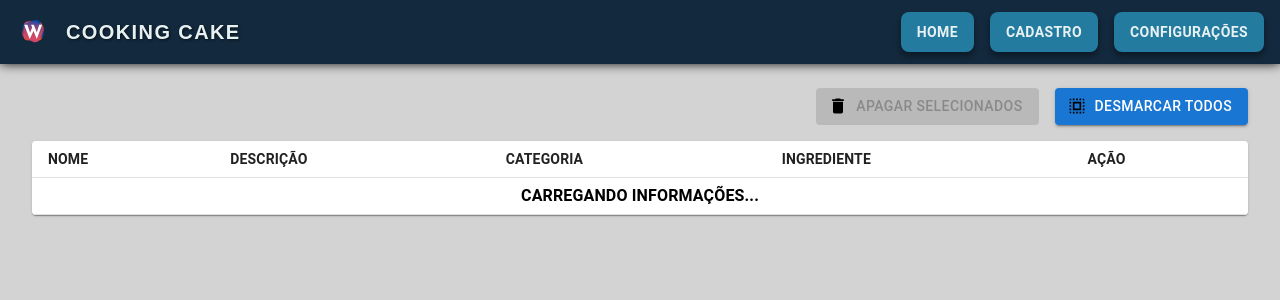
Repository: oZanella/projeto_windel_web_CRM
Page: /
An editor plug-in stored every save of this project. The page is shown before and after the next save, followed by the edit.
The browser window is 1280 px wide. The pictures show the whole page.
The page's requests for data from a server got no answer. The project was rebuilt for these pictures with package versions that can differ from the ones it lists, and the page was loaded fresh each time. No one was signed in, and anything a server would have sent is missing. Also part of the build but not shown: vite.config.js, src/routes/Configuracoes.jsx. Imported but missing from the stored project, and not drawn on this page: src/routes/Cadastro.jsx.

Above is the page before, as saved 2024-08-19 10:37:12.

### index.html
<!doctype html>
<html lang="en">

<head>
  <meta charset="UTF-8" />
  <link rel="icon" type="image/svg+xml" href="./src/image/LogoWindel.svg" />
  <link rel="stylesheet" href="src/style/GlobalStyles.css" />
  <link href="https://fonts.googleapis.com/css2?family=Playfair+Display&display=swap" rel="stylesheet">

  <meta name="viewport" content="width=device-width, initial-scale=1.0" />
  <title>Projeto Teste - CRM </title>
</head>

<body>
  <div id="root"></div>
  <script type="module" src="/src/main.jsx"></script>
</body>

</html>

### src/style/GlobalStyles.css
:root {
  --click: #7fa8c4;
  --primary: #E8F1F2;
  --darkblue: #13293D;
  --secondary: #000000;
  --ligthblue: #1b98e0;
  --animation: #006494;
  --ligthkgrey: #D3D3D3;
  --blueceledron: #247ba0;
  --delete: #FF0000;
}

* {
    color: var(--secondary);
}

body {
  background-color: var(--ligthkgrey);
}

### src/main.jsx
import { createBrowserRouter, RouterProvider, Navigate } from "react-router-dom"
import { createRoot } from 'react-dom/client'
import { StrictMode } from 'react'
import { App } from './App.jsx'

import './style/GlobalStyles.css'

//páginas do projeto
import { Cadastro } from './routes/Cadastro.jsx'
import { Home } from './routes/Home.jsx'
import { Configuracoes } from './routes/configuracoes.jsx'

const router = createBrowserRouter([
  {
    element: <App />,
    children: [
      {
        path: '/',
        element: <Navigate to="/home" replace />,
      },
      {
        path: '/home',
        element: <Home />,
      },
      {
        path: '/cadastro',
        element: <Cadastro />,
      },
      {
        path: '/configuracoes',
        element: <Configuracoes />,
      },
    ],
  },
])

createRoot(document.getElementById('root')).render(
  <StrictMode>
    <RouterProvider router={router} />
  </StrictMode>,
)

### src/App.jsx
import { Header } from './components/Header'
import { Outlet } from 'react-router-dom'
import { Box } from '@mui/material'
import './style/GlobalStyles.css'

export function App() {
  return (
    <Box sx={{ p: { xs: 2, sm: 3 }, marginTop: { xs: 8, sm: 8 } }}>
      <Header />
      <Box>
        <Outlet />
      </Box>
    </Box>
  );
}

### src/routes/Home.jsx
import React, { useEffect, useState } from 'react';
import { Box, TextField, Button, Dialog, DialogActions, DialogContent, DialogTitle, Select, MenuItem, FormControl, InputLabel } from '@mui/material';

import { handleShowDetails, handleEdit, handleSave, handleInputChange } from '../components/Handle';
import { CardDados } from '../components/TableHome';

import { blogFetch } from '../axios/config';


export const Home = () => {
  const [posts, setPosts] = useState([]);
  const [selectInfo, setSelectInfo] = useState(null);
  const [modeEdit, setModeEdit] = useState(null);
  const [dataEdit, setDataEdit] = useState({});
  const [openAddDialog, setOpenAddDialog] = useState(false);
  const [newPost, setNewPost] = useState({ name: '', description: '', category: '' });

  const getPosts = async () => {
    try {
      const response = await blogFetch.get("/recipe");
      const uniqueData = response.data.filter((value, index, self) =>
        index === self.findIndex((t) => t.id === value.id)
      );
      setPosts(uniqueData); // Garante que não tenha dados duplicados
    } catch (error) {
      console.log(error);
    }
  };

  useEffect(() => {
    getPosts();
  }, []);

  const handleDelete = async (postId) => {
    try {
      await blogFetch.delete(`/recipe/${postId}`);
      setPosts(posts.filter(post => post.id !== postId));
      console.log('Post deletado com sucesso');
    } catch (error) {
      console.error('Erro ao deletar o post', error);
    }
  };

  const handleAddOpen = () => setOpenAddDialog(true);
  const handleAddClose = () => setOpenAddDialog(false);

  {/* API para envio do novo registro*/ }
  const handleAdd = async () => {
    try {
      const newPostFormatted = {
        name: newPost.name,
        description: newPost.description,
        ingredients: [],
        category: newPost.category,
        isFavorite: newPost.isFavorite
      };

      const response = await blogFetch.post("/recipe", newPostFormatted);
      setPosts([...posts, response.data]);
      setNewPost({ name: '', description: '', category: '', isFavorite: false });
      handleAddClose();
      console.log('Post adicionado com sucesso');
    } catch (error) {
      console.error('Erro ao adicionar o post', error);
    }
  };

  return (
    <Box>
      {/* Dados para Adicionar Novo Registro */}
      <Dialog open={openAddDialog} onClose={handleAddClose}>
        <DialogTitle>Adicionar Novo Registro</DialogTitle>
        <DialogContent>
          <TextField
            name="name"
            label="Nome"
            value={newPost.name}
            onChange={(e) => setNewPost({ ...newPost, name: e.target.value })}
            fullWidth
            sx={{ marginBottom: 2 }}
          />
          <TextField
            name="description"
            label="Descrição"
            value={newPost.description}
            onChange={(e) => setNewPost({ ...newPost, description: e.target.value })}
            fullWidth
            sx={{ marginBottom: 2 }}
          />
          <TextField
            name="category"
            label="Categoria"
            value={newPost.category}
            onChange={(e) => setNewPost({ ...newPost, category: e.target.value })}
            fullWidth
            sx={{ marginBottom: 2 }}
          />
          <FormControl fullWidth sx={{ marginBottom: 2 }}>
            <InputLabel>Favorito</InputLabel>
            <Select
              name="isFavorite"
              value={newPost.isFavorite}
              onChange={(e) => setNewPost({ ...newPost, isFavorite: e.target.value })}
              label="Favorito"
            >
              <MenuItem value={true}>Sim</MenuItem>
              <MenuItem value={false}>Não</MenuItem>

            </Select>
          </FormControl>
        </DialogContent>
        <DialogActions>
          <Button onClick={handleAddClose}>Cancelar</Button>
          <Button onClick={handleAdd}>Adicionar</Button>
        </DialogActions>
      </Dialog>

      <CardDados
        posts={posts}
        handleDelete={handleDelete}
        handleEdit={handleEdit}
        handleSave={handleSave}
        modeEdit={modeEdit}
        setModeEdit={setModeEdit}
        dataEdit={dataEdit}
        setDataEdit={setDataEdit}
        handleInputChange={handleInputChange}
        selectInfo={selectInfo}
        setSelectInfo={setSelectInfo}
        handleShowDetails={handleShowDetails}
      />
    </Box>
  );
};

### src/components/Header.jsx
import { AppBar, Toolbar, Typography, Box, Button, IconButton } from '@mui/material';
import Logo from '../image/LogoWindel.svg';
import { Link } from 'react-router-dom';
import React from 'react';

export const Header = () => {
  return (

    // Header fundo 1 //
    <AppBar
      position="fixed"
      sx={{
        width: '100%',
        boxShadow: '0px 0.01px 11px var(--secondary)',
        top: 0,
        left: 0,
      }}
    >

      {/* Header fundo 2 */}
      <Toolbar
        sx={{
          display: 'flex',
          alignItems: 'center',
          padding: { xs: '0px', sm: '0px' },
          justifyContent: 'space-between',
          height: '64px',
          minHeight: '64px',
          backgroundColor: 'var(--darkblue)',
          boxSizing: 'border-box',
        }}
      >
        {/* Logo da principal */}
        <IconButton
          to={`/home`}
          edge="start"
          sx={{
            ml: { xs: 0 },
            cursor: 'default',
          }}
          component={Link}
          aria-label="logo"
        >
          <img src={Logo} alt="Logo" style={{ width: '50px', height: '40px' }} />
        </IconButton>

        {/* Titulo da pagina */}
        <Typography
          variant="h6"
          sx={{
            display: { xs: 'none', sm: 'block' },
            color: 'var(--primary)',
            fontWeight: 'bold',
            letterSpacing: '0.07em',
            textTransform: 'uppercase',                 //text em maiusculo
            textShadow: '1px 1px 3px rgba(0,0,0,0.6)',
            fontFamily: 'Arial, serif',
            flexGrow: 1,
          }}
        >
          Cooking Cake
        </Typography>

        {/* Botões */}
        <Box
          sx={{
            mr: { xs: 0, sm: 2 },
            gap: 2,
            display: 'flex',
            alignItems: 'center',
            flexGrow: { xs: 1, sm: 0 },
            justifyContent: { xs: 'center' },
            '& .MuiButton-root': {
              backgroundColor: 'var(--blueceledron)',
              color: 'var(--primary)',
              borderRadius: '8px',
              boxShadow: '0 4px 6px rgba(0, 0, 0, 0.4)',
              padding: '8px 16px',
              fontWeight: 'bold',
              textTransform: 'uppercase',
              transition: 'background-color 0.3s, transform 0.3s',

              // Animação
              '&:hover': {
                backgroundColor: 'var(--animation)',
                transform: 'scale(1.07)',
              },
              '&:active': {
                backgroundColor: 'var(--click)',
              },
            },
          }}
        >
          <Button variant="contained" component={Link} to={`/home`}>Home</Button>
          <Button variant="contained" component={Link} to={`/cadastro`}>Cadastro</Button>
          <Button variant="contained" component={Link} to={`/configuracoes`}>Configurações</Button>
        </Box>
      </Toolbar>
    </AppBar>
  );
};

### src/components/Handle.jsx

import { blogFetch } from '../axios/config';


export const handleShowDetails = (post, setSelectInfo, selectInfo) => {
  if (selectInfo?.id === post.id) {
    setSelectInfo(null); // Fecha se já estiver aberto
  } else {
    setSelectInfo(post); // Abre o post atual
  }
};

export const handleEdit = (post, setModeEdit, setDataEdit) => {
  setModeEdit(post.id);
  setDataEdit(post);
};

//continua com erro, verificar!!
export const handleSave = async (postId, updateData) => {
  try {
    // Envie uma requisição PUT ou POST para salvar os dados atualizados
    const response = await blogFetch.put(`/blogFetch/posts/${postId}`, updateData);
    console.log('Dados salvos com sucesso', response.data);

  } catch (error) {
    console.error('Erro de API', error);
  }
};

export const handleInputChange = (e, setDataEdit) => {
  setDataEdit(prevDataEdit => ({ ...prevDataEdit, [e.target.name]: e.target.value }));
};

### src/components/TableHome.jsx
import React, { useState, useEffect } from 'react';
import {
  Table, TableBody, TableCell, TableContainer, TableHead, TableRow, Typography, Box, Button, IconButton, TextField, Dialog, DialogContent, DialogActions, FormControlLabel, Switch, Chip, Paper, Checkbox
} from '@mui/material';
import EditIcon from '@mui/icons-material/Edit';
import SaveIcon from '@mui/icons-material/Save';
import AddIcon from '@mui/icons-material/Add';
import CloseIcon from '@mui/icons-material/Close';
import DeleteIcon from '@mui/icons-material/Delete';
import SelectAllIcon from '@mui/icons-material/SelectAll';
import axios from 'axios';

const API_BASE_URL = 'https://teste-tecnico-front-api.up.railway.app';

export const CardDados = ({
  posts, setPosts, handleDelete
}) => {
  const [openModal, setOpenModal] = useState(false);
  const [currentPost, setCurrentPost] = useState(null);
  const [dataEdit, setDataEdit] = useState({});
  const [newIngredient, setNewIngredient] = useState('');
  const [selectedPosts, setSelectedPosts] = useState([]);

  useEffect(() => {
    if (currentPost) {
      setDataEdit({ ...currentPost });
    }
  }, [currentPost]);

  const handleEditOpen = (post) => {
    setCurrentPost(post);
    setOpenModal(true);
  };

  const handleEditClose = () => {
    setOpenModal(false);
    setCurrentPost(null);
    setNewIngredient('');
  };

  const handleSaveModal = async () => {
    if (currentPost) {
      try {
        await axios.put(`${API_BASE_URL}/posts/${currentPost.id}`, dataEdit);
        const response = await axios.get(`${API_BASE_URL}/posts`);
        setPosts(response.data);
        handleEditClose();
      } catch (error) {
        console.error('Error ao salvar:', error);
      }
    }
  };

  const handleAddIngredient = () => {
    if (newIngredient.trim() !== '') {
      setDataEdit((prevData) => ({
        ...prevData,
        ingredients: [...(prevData.ingredients || []), newIngredient.trim()],
      }));
      setNewIngredient('');
    }
  };

  const handleRemoveIngredient = (ingredientToRemove) => {
    setDataEdit((prevData) => ({
      ...prevData,
      ingredients: (prevData.ingredients || []).filter((ingredient) => ingredient !== ingredientToRemove),
    }));
  };

  const handleSelectAll = () => {
    if (selectedPosts.length === posts.length) {
      setSelectedPosts([]); // Deselect all
    } else {
      setSelectedPosts(posts.map(post => post.id)); // Select all
    }
  };

  const handleDeleteSelected = async () => {
    try {
      await Promise.all(selectedPosts.map(id => axios.delete(`${API_BASE_URL}/posts/${id}`)));
      const response = await axios.get(`${API_BASE_URL}/posts`);
      setPosts(response.data);
      setSelectedPosts([]);
    } catch (error) {
      console.error('Error ao apagar os registros:', error);
    }
  };

  const handleSelectPost = (id) => {
    setSelectedPosts(prevSelected =>
      prevSelected.includes(id)
        ? prevSelected.filter(postId => postId !== id)
        : [...prevSelected, id]
    );
  };

  return (
    <>
      <Box sx={{ display: 'flex', justifyContent: 'flex-end', mb: 2 }}>
        <Button
          variant="contained"
          color="error"
          startIcon={<DeleteIcon />}
          onClick={handleDeleteSelected}
          disabled={selectedPosts.length === 0}
          sx={{ marginRight: 2 }}
        >
          Apagar Selecionados
        </Button>
        <Button
          variant="contained"
          color="primary"
          startIcon={<SelectAllIcon />}
          onClick={handleSelectAll}
        >
          {selectedPosts.length === posts.length ? 'Desmarcar Todos' : 'Selecionar Todos'}
        </Button>
      </Box>

      {/* Tabela aonde aparece os dados */}
      <TableContainer component={Paper} sx={{ overflowX: 'auto' }}>
        <Table size='small'>
          <TableHead>
            <TableRow>
              <TableCell sx={{ fontWeight: 'bold', textTransform: 'uppercase' }}>Nome</TableCell>
              <TableCell sx={{ fontWeight: 'bold', textTransform: 'uppercase' }}>Descrição</TableCell>
              <TableCell sx={{ fontWeight: 'bold', textTransform: 'uppercase' }}>Categoria</TableCell>
              <TableCell sx={{ fontWeight: 'bold', textTransform: 'uppercase' }}>Ingrediente</TableCell>
              <TableCell sx={{ fontWeight: 'bold', textTransform: 'uppercase' }}>Ação</TableCell>
            </TableRow>
          </TableHead>
          <TableBody>
            {posts.length === 0 ? (
              <TableRow>
                <TableCell colSpan={5} align="center">
                  <Typography variant="body1" sx={{ fontWeight: 'bold', textTransform: 'uppercase' }}>Carregando informações...</Typography>
                </TableCell>
              </TableRow>
            ) : (
              posts.map((post) => (
                <TableRow sx={{ height: 'auto' }} key={post.id}>
                  <TableCell sx={{ padding: '8px' }}>
                    {post.name}
                  </TableCell>
                  <TableCell sx={{ padding: '8px' }}>{post.description}</TableCell>
                  <TableCell sx={{ padding: '8px' }}>{post.category}</TableCell>

                  <TableCell sx={{ padding: '8px' }}>
                    <Box sx={{
                      display: 'flex',
                      flexWrap: 'wrap',
                      overflowX: 'auto',
                      gap: 1,
                      width: '100%',
                    }}>
                      {post.ingredients && post.ingredients.length > 0 ? (
                        post.ingredients.map((ingredient) => (
                          <Box
                            key={ingredient.id}
                            sx={{
                              display: 'flex',
                              flexDirection: 'column',
                              alignItems: 'flex-start',
                              marginRight: 1,
                              marginBottom: 1,
                            }}
                          >
                            <Typography variant="body1">{ingredient.name}</Typography>
                            <Typography variant="body2" color="textSecondary">
                              Quantidade: {ingredient.quantity}
                            </Typography>
                          </Box>
                        ))
                      ) : (
                        <Typography variant="body2">Nenhum ingrediente disponível</Typography>
                      )}
                    </Box>
                  </TableCell>

                  <TableCell>
                    <Box sx={{ display: 'flex', alignItems: 'center' }}>
                      <Checkbox
                        checked={selectedPosts.includes(post.id)}
                        onChange={() => handleSelectPost(post.id)}
                        color="primary"
                      />
                      <IconButton
                        color="primary"
                        onClick={() => handleEditOpen(post)}
                        sx={{ mr: 1 }}
                      >
                        <EditIcon />
                      </IconButton>
                      <IconButton
                        color="error"
                        onClick={() => handleDelete(post.id)}
                      >
                        <DeleteIcon />
                      </IconButton>
                    </Box>
                  </TableCell>
                </TableRow>
              ))
            )}
          </TableBody>
        </Table>
      </TableContainer>

      {/* Modal de edição */}
      <Dialog open={openModal} onClose={handleEditClose} fullWidth maxWidth="sm">
        <DialogContent>
          {currentPost && (
            <Box component="form" sx={{ display: 'flex', flexDirection: 'column', gap: 2 }}>
              <TextField
                name="name"
                label="Nome"
                value={dataEdit.name || ''}
                onChange={(e) => setDataEdit({ ...dataEdit, name: e.target.value })}
                fullWidth
                sx={{ marginBottom: 2 }}
              />
              <TextField
                name="description"
                label="Descrição"
                value={dataEdit.description || ''}
                onChange={(e) => setDataEdit({ ...dataEdit, description: e.target.value })}
                fullWidth
                sx={{ marginBottom: 2 }}
              />
              <TextField
                name="category"
                label="Categoria"
                value={dataEdit.category || ''}
                onChange={(e) => setDataEdit({ ...dataEdit, category: e.target.value })}
                fullWidth
                sx={{ marginBottom: 2 }}
              />
              <FormControlLabel
                control={
                  <Switch
                    checked={dataEdit.isFavorite || false}
                    onChange={(e) => setDataEdit({ ...dataEdit, isFavorite: e.target.checked })}
                    name="isFavorite"
                    color="primary"
                  />
                }
                label="Favorito"
                sx={{ marginTop: 1 }}
              />
              <Box sx={{ marginTop: 2 }}>
                <Typography variant="h6" sx={{ mb: 1 }}>Ingredientes</Typography>
                {dataEdit.ingredients && dataEdit.ingredients.map((ingredient, index) => (
                  <Chip
                    key={index}
                    label={`${ingredient.name} (${ingredient.quantity})`}
                    onDelete={() => handleRemoveIngredient(ingredient)}
                    sx={{ marginRight: 1, marginBottom: 1 }}
                    deleteIcon={<CloseIcon />}
                  />
                ))}
                <Box sx={{ display: 'flex', alignItems: 'center', mt: 2 }}>
                  <TextField
                    value={newIngredient}
                    onChange={(e) => setNewIngredient(e.target.value)}
                    label="Novo ingrediente"
                    variant="outlined"
                    size="small"
                    sx={{ marginRight: 1 }}
                  />
                  <Button
                    variant="contained"
                    color="primary"
                    onClick={handleAddIngredient}
                    startIcon={<AddIcon />}
                  >
                    Adicionar
                  </Button>
                </Box>
              </Box>
            </Box>
          )}
        </DialogContent>
        <DialogActions>
          <Button onClick={handleEditClose} color="inherit">
            Cancelar
          </Button>
          <Button
            onClick={handleSaveModal}
            color="primary"
            variant="contained"
            startIcon={<SaveIcon />}
          >
            Salvar
          </Button>
        </DialogActions>
      </Dialog>
    </>
  );
};

### src/axios/config.jsx
// src/axios/config.js
import axios from 'axios';

export const blogFetch = axios.create({
  baseURL: 'https://teste-tecnico-front-api.up.railway.app',
  headers: {
    'Content-Type': 'application/json',
  },
});

After the next save:
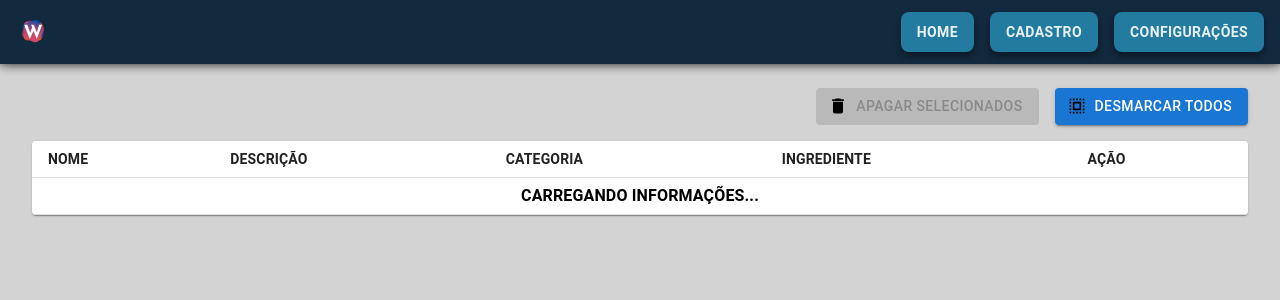
Saved 33 s later.
--- a/src/components/Header.jsx
+++ b/src/components/Header.jsx
@@ -44,22 +44,6 @@ export const Header = () => {
           <img src={Logo} alt="Logo" style={{ width: '50px', height: '40px' }} />
         </IconButton>
 
-        {/* Titulo da pagina */}
-        <Typography
-          variant="h6"
-          sx={{
-            display: { xs: 'none', sm: 'block' },
-            color: 'var(--primary)',
-            fontWeight: 'bold',
-            letterSpacing: '0.07em',
-            textTransform: 'uppercase',                 //text em maiusculo
-            textShadow: '1px 1px 3px rgba(0,0,0,0.6)',
-            fontFamily: 'Arial, serif',
-            flexGrow: 1,
-          }}
-        >
-          Cooking Cake
-        </Typography>
 
         {/* Botões */}
         <Box
